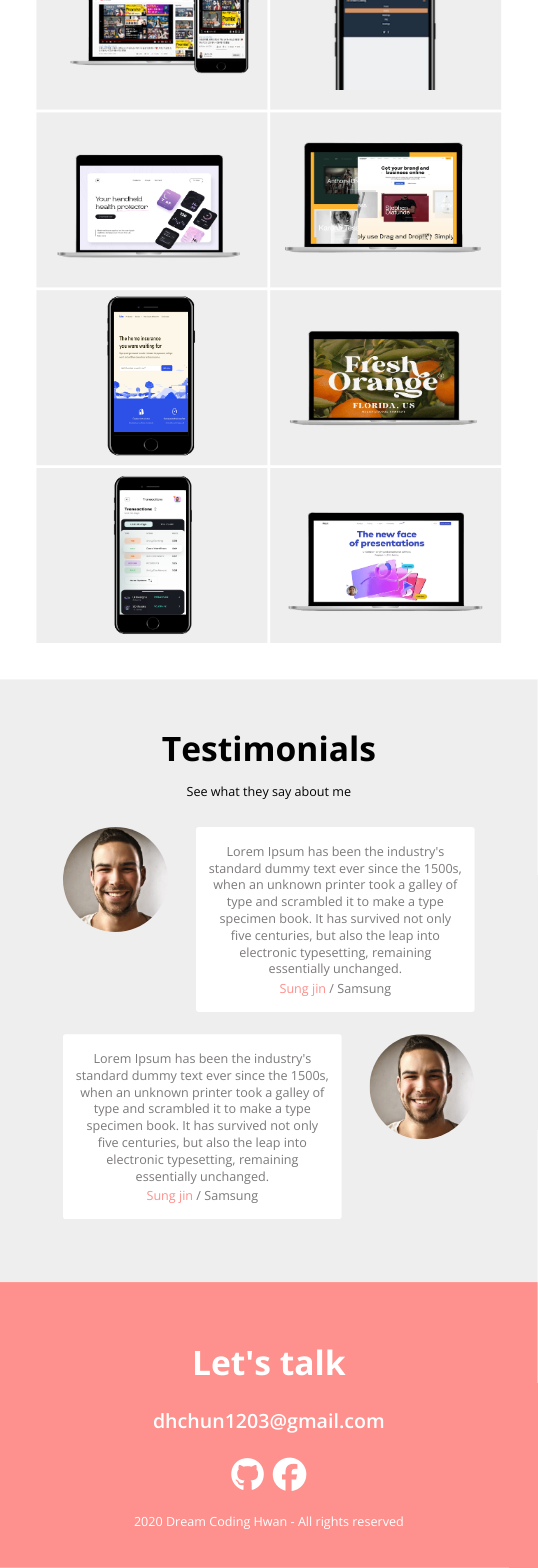
Repository: dhchun1203/Portfolio
Page: index.html
These files come from the project's save history. The page is drawn as it stood at one moment and after the next save; the edit follows.
The browser window is 768 px wide. The pictures show the part of the page from y = 3831 to 6071 px (the page is 6071 px tall before and 6023 px after), at 70% of full size.
Some web libraries are served in a nearby version.

Above is the page before, as saved 2020-12-08 23:20:16.

### index.html
<!DOCTYPE html>
<html lang="en">
	<head>
		<meta charset="UTF-8" />
		<meta name="viewport" content="width=device-width, initial-scale=1.0" />
		<title>Hwan's Portfolio</title>
		<meta
			name="description"
			content="portfolio for world-renowned software engineer Hwan"
		/>
		<meta name="author" content="Hwan" />
		<link rel="icon" type="image/png" href="imgs/favicon.png" />
		<script
			src="https://kit.fontawesome.com/8b98a99811.js"
			crossorigin="anonymous"
		></script>
		<link rel="preconnect" href="https://fonts.gstatic.com" />
		<link
			href="https://fonts.googleapis.com/css2?family=Open+Sans:wght@400;600;700&display=swap"
			rel="stylesheet"
		/>
		<link rel="stylesheet" href="style.css" />
		<script src="main.js" defer></script>
	</head>
	<body>
		<!-- Navbar -->
		<nav id="navbar">
			<div class="navbar__logo">
				<i class="fab fa-diaspora"></i>
				<a href="#">Hwan</a>
			</div>
			<div class="navbar__menu">
				<ul class="navbar__menu">
					<li class="navbar__menu__item active">Home</li>
					<li class="navbar__menu__item">About</li>
					<li class="navbar__menu__item">Skills</li>
					<li class="navbar__menu__item">My work</li>
					<li class="navbar__menu__item">Testimonials</li>
					<li class="navbar__menu__item">Contact</li>
				</ul>
			</div>
			<!-- Toggle button -->
			<button class="navbar__toggle-btn">
				<i class="fas fa-bars"></i>
			</button>
		</nav>
		<!-- Home -->
		<section id="home">
			<img class="home__avatar" src="imgs/profile.jpg" alt="profile" />

			<h1 class="home__title">Hello, <br />Let me introduce myself!</h1>

			<h2 class="home__description">
				A frontend Developer currently residing in Yongin, South Korea.
			</h2>
			<button class="home__contact">CONTACT ME</button>
		</section>
		<!-- About -->
		<section id="about" class="section section__container">
			<h1>About me</h1>
			<p>
				자기소개 Lorem Ipsum is simply dummy text of the printing and
				typesetting industry. Lorem Ipsum has been the industry's standard dummy
				text ever since the 1500s, when an unknown printer took a galley of type
				and scrambled it to make a type specimen book. It has survived not only
				five centuries, but also the leap into electronic typesetting, remaining
				essentially unchanged. It was popularised in the 1960s with the release
				of Letraset sheets containing Lorem Ipsum passages, and more recently
				with desktop publishing software like Aldus PageMaker including versions
				of Lorem Ipsum.
			</p>
			<div class="about__majors">
				<div class="major">
					<div class="major__icon"><i class="fab fa-html5"></i></div>
					<h2 class="major__title">HTML</h2>
					<div class="major__description">html</div>
				</div>
				<div class="major">
					<div class="major__icon"><i class="fab fa-css3-alt"></i></div>
					<h2 class="major__title">CSS</h2>
					<div class="major__description">css</div>
				</div>
				<div class="major">
					<div class="major__icon"><i class="fab fa-js"></i></div>
					<h2 class="major__title">JavaScript</h2>
					<div class="major__description">javascript</div>
				</div>
			</div>
			<!-- <div class="about__spec">
				<div class="about__spec__item">
					<img src="" alt="HtmlImage" />
					<h3>HTML</h3>
					<p>html</p>
				</div>
				<div class="about__spec__item">
					<img src="" alt="CssImage" />
					<h3>CSS</h3>
					<p>css</p>
				</div>
				<div class="about__spec__item">
					<img src="" alt="JavaScriptImage" />
					<h3>JavaScript</h3>
					<p>javascript</p>
				</div>
			</div> -->
			<div class="about__jobs">
				<div class="job">
					<img
						src="imgs/jobs/nciaedu_logo.png"
						alt="ncia logo"
						class="job__logo"
					/>
					<div class="job__description">
						<p class="job__name">blablalblablablalblablablalblablablalbla</p>
						<p class="job__period">2017-2018</p>
					</div>
				</div>
				<div class="job">
					<img
						src="imgs/jobs/nciaedu_logo.png"
						alt="ncia logo"
						class="job__logo"
					/>
					<div class="job__description">
						<p class="job__name">blablalblablablalblablablalblablablalbla</p>
						<p class="job__period">2017-2018</p>
					</div>
				</div>
			</div>
			<!-- <div class="career">
				<div class="career__item">
					<img class="career__image" src="" alt="career image" />
					<p>what's my career</p>
				</div>
				<div class="career__item">
					<img class="career__image" src="" alt="career image" />
					<p>what's my career</p>
				</div>
			</div> -->
		</section>
		<!-- Skills -->
		<section id="skills" class="section">
			<div class="section__container">
				<h1>Skills</h1>
				<h2>Skills & Attributes</h2>
				<p>
					Experience with all phases of the software life-cycle. Passion for
					learning new technologies. Capable of working within a team enviroment
					and independently. Ability to plan and time schedule, work under
					strict time pressure and adapt quickly when needed.
				</p>
				<div class="skillset">
					<div class="skillset__left">
						<h3 class="skillset__title">Skills</h3>
						<div class="skill">
							<div class="skill__description">
								<span>HTML</span>
								<span>99%</span>
							</div>
							<div class="skill__bar">
								<div class="skill__value" style="width: 99%"></div>
							</div>
						</div>
						<div class="skill">
							<div class="skill__description">
								<span>CSS</span>
								<span>80%</span>
							</div>
							<div class="skill__bar">
								<div class="skill__value" style="width: 80%"></div>
							</div>
						</div>
						<div class="skill">
							<div class="skill__description">
								<span>JavaScript</span>
								<span>90%</span>
							</div>
							<div class="skill__bar">
								<div class="skill__value" style="width: 90%"></div>
							</div>
						</div>
						<div class="skill">
							<div class="skill__description">
								<span>TypeScript</span>
								<span>80%</span>
							</div>
							<div class="skill__bar">
								<div class="skill__value" style="width: 80%"></div>
							</div>
						</div>
						<div class="skill">
							<div class="skill__description">
								<span>React</span>
								<span>80%</span>
							</div>
							<div class="skill__bar">
								<div class="skill__value" style="width: 80%"></div>
							</div>
						</div>
					</div>
					<div class="skillset__right">
						<div class="tools">
							<h3 class="skillset__title">Tools</h3>
							<ul class="tools__list">
								<li><span>Visual Studio Code</span></li>
								<li><span>Eclipse</span></li>
								<li><span>Team Foundation Server</span></li>
								<li><span>etc..</span></li>
								<li><span>etc..</span></li>
							</ul>
						</div>
						<div class="etc">
							<h3 class="skillset__title">Etc</h3>
							<ul class="etc__list">
								<li><span>Git</span></li>
								<li><span>Slack</span></li>
								<li><span>etc..</span></li>
							</ul>
						</div>
					</div>
				</div>
			</div>
		</section>
		<!-- Work -->
		<section id="work" class="section">
			<div class="section__container">
				<h1>My work</h1>
				<h3>Projects</h3>
				<div class="work__categories">
					<button class="category__btn selected" data-filter="*">
						All <span class="category__count">8</span>
					</button>
					<button class="category__btn" data-filter="front-end">
						Front-end <span class="category__count">3</span>
					</button>
					<button class="category__btn" data-filter="back-end">
						Back-end <span class="category__count">3</span>
					</button>
					<button class="category__btn" data-filter="mobile">
						Mobile <span class="category__count">2</span>
					</button>
				</div>
				<div class="work__projects">
					<a
						href="https://github.com/dhchun1203/DreamCoding_youtube-project"
						class="project"
						data-type="front-end"
						target="blank"
					>
						<img
							src="imgs/projects/project1.png"
							alt="youtube project thumbnail"
							class="project__img"
						/>
						<div class="project__description">
							<!--마우스를 올렸을 때 표시될 내용-->
							<h3>Youtube Site</h3>
							<span>Clone coding with HTML and CSS</span>
						</div>
					</a>
					<a
						href="https://github.com/dhchun1203/DreamCoding_youtube-project"
						class="project"
						data-type="front-end"
						target="blank"
					>
						<img
							src="imgs/projects/project2.png"
							alt="youtube project thumbnail"
							class="project__img"
						/>
						<div class="project__description">
							<h3>Project2</h3>
							<span>Fill in your own project</span>
						</div>
					</a>
					<a
						href="https://github.com/dhchun1203/DreamCoding_youtube-project"
						class="project"
						data-type="front-end"
						target="blank"
					>
						<img
							src="imgs/projects/project3.png"
							alt="youtube project thumbnail"
							class="project__img"
						/>
						<div class="project__description">
							<h3>Project3</h3>
							<span>Fill in your own project</span>
						</div>
					</a>
					<a
						href="https://github.com/dhchun1203/DreamCoding_youtube-project"
						class="project"
						data-type="back-end"
						target="blank"
					>
						<img
							src="imgs/projects/project4.png"
							alt="youtube project thumbnail"
							class="project__img"
						/>
						<div class="project__description">
							<h3>Project4</h3>
							<span>Fill in your own project</span>
						</div>
					</a>
					<a
						href="https://github.com/dhchun1203/DreamCoding_youtube-project"
						class="project"
						data-type="back-end"
						target="blank"
					>
						<img
							src="imgs/projects/project5.png"
							alt="youtube project thumbnail"
							class="project__img"
						/>
						<div class="project__description">
							<h3>Project5</h3>
							<span>Fill in your own project</span>
						</div>
					</a>
					<a
						href="https://github.com/dhchun1203/DreamCoding_youtube-project"
						class="project"
						data-type="mobile"
						target="blank"
					>
						<img
							src="imgs/projects/project6.png"
							alt="youtube project thumbnail"
							class="project__img"
						/>
						<div class="project__description">
							<h3>Project6</h3>
							<span>Fill in your own project</span>
						</div>
					</a>
					<a
						href="https://github.com/dhchun1203/DreamCoding_youtube-project"
						class="project"
						data-type="mobile"
						target="blank"
					>
						<img
							src="imgs/projects/project7.png"
							alt="youtube project thumbnail"
							class="project__img"
						/>
						<div class="project__description">
							<h3>Project7</h3>
							<span>Fill in your own project</span>
						</div>
					</a>
					<a
						href="https://github.com/dhchun1203/DreamCoding_youtube-project"
						class="project"
						data-type="mobile"
						target="blank"
					>
						<img
							src="imgs/projects/project8.png"
							alt="youtube project thumbnail"
							class="project__img"
						/>
						<div class="project__description">
							<h3>Project8</h3>
							<span>Fill in your own project</span>
						</div>
					</a>
				</div>
			</div>
		</section>
		<!-- Testimonial -->
		<section id="testimonials" class="section">
			<div class="section__container">
				<h1>Testimonials</h1>
				<h3>See what they say about me</h3>
				<div class="testimonials">
					<div class="testimonial">
						<img
							src="imgs/testimonial/people1.jpg"
							alt="People"
							class="testimonial__avatar"
						/>
						<div class="testimonial__speech-bubble">
							<p>
								Lorem Ipsum has been the industry's standard dummy text ever
								since the 1500s, when an unknown printer took a galley of type
								and scrambled it to make a type specimen book. It has survived
								not only five centuries, but also the leap into electronic
								typesetting, remaining essentially unchanged.
							</p>
							<p class="name"><a href="#">Sung jin</a> / Samsung</p>
						</div>
					</div>
					<div class="testimonial">
						<div class="testimonial__speech-bubble">
							<p>
								Lorem Ipsum has been the industry's standard dummy text ever
								since the 1500s, when an unknown printer took a galley of type
								and scrambled it to make a type specimen book. It has survived
								not only five centuries, but also the leap into electronic
								typesetting, remaining essentially unchanged.
							</p>
							<p class="name"><a href="#">Sung jin</a> / Samsung</p>
						</div>
						<img
							src="imgs/testimonial/people1.jpg"
							alt="People"
							class="testimonial__avatar"
						/>
					</div>
				</div>
			</div>
		</section>
		<!-- Contact -->
		<section id="contact" class="section">
			<h1 class="contact__title">Let's talk</h1>
			<h2 class="contact__email">dhchun1203@gmail.com</h2>
			<div class="contact__links">
				<a href="https://github.com/dhchun1203" target="blank">
					<i class="fab fa-github"></i>
				</a>
				<a
					href="https://www.facebook.com/profile.php?id=100010406657545"
					target="blank"
				>
					<i class="fab fa-facebook"></i>
				</a>
			</div>
			<p class="contact__rights">
				2020 Dream Coding Hwan - All rights reserved
			</p>
		</section>
	</body>
</html>

### style.css
/* Global */
:root {
	/* Color */
	--color-white: #ffffff;
	--color-light-white: #eeeeee;
	--color-dark-white: #bdbdbd;
	--color-pink: #fe918d;
	--color-dark-pink: #ff6863;
	--color-dark-grey: #4d4d4d;
	--color-grey: #616161;
	--color-light-grey: #7c7979;
	--color-blue: #73aace;
	--color-yellow: #fff7d1;
	--color-orange: #feb546;
	--color-black: #000000;

	/* Font size */
	--font-large: 48px;
	--font-medium: 28px;
	--font-regular: 18px;
	--font-small: 16px;
	--font-micro: 14px;

	/* Font weight */
	--weight-bold: 700;
	--weight-semi-bold: 600;
	--weight-regular: 400;

	/* Size */
	--size-border-radius: 4px;

	/* Animation */
	--animation-duration: 300ms;
}

/* Universal tags */
* {
	box-sizing: border-box;
}
body {
	margin: 0;
	font-family: "Open Sans", sans-serif;
	cursor: default;
}
a {
	text-decoration: none;
	color: var(--color-white);
}
ul {
	padding-left: 0;
}
li {
	list-style: none;
}
button {
	background-color: transparent;
	cursor: pointer;
	border: none;
	outline: none;
}

/* Typography(header) */
h1 {
	font-size: var(--font-large);
	font-weight: var(--weight-bold);
	color: var(--color-black);
	margin: 16px 0;
}
h2 {
	font-size: var(--font-medium);
	font-weight: var(--weight-semi-bold);
	color: var(--color-black);
	margin: 8px 0;
}
h3 {
	font-size: var(--font-regular);
	font-weight: var(--font-regular);
	color: var(--color-black);
	margin: 8px 0;
}
p {
	font-size: var(--font-regular);
	font-weight: var(--font-regular);
	color: var(--color-black);
	margin: 4px 0;
}

/* Navbar */
#navbar {
	display: flex;
	justify-content: space-between;
	align-items: center;
	background-color: var(--color-pink);
	color: var(--color-white);
	padding: 16px;
}
.navbar__menu {
	display: flex;
}
.navbar__logo {
	font-size: var(--font-medium);
	font-weight: var(--weight-semi-bold);
}
.navbar__menu__item {
	padding: 8px 12px;
	margin: 0 4px;
	cursor: pointer;
	border-radius: var(--size-border-radius);
}
.navbar__menu__item.active {
	border: 1px solid var(--color-white);
	border-radius: var(--size-border-radius);
}
.navbar__menu__item:hover {
	background-color: var(--color-dark-pink);
}
.navbar__toggle-btn {
	position: absolute;
	right: 32px;
	top: 24px;
	font-size: 24px;
	color: var(--color-white);
	display: none;
}
/* Home */
#home {
	background: url("imgs/home-background.png.png") center/cover no-repeat;
	padding: 40px;
	text-align: center;
}
.home__avatar {
	width: 200px;
	height: 250px;
	border-radius: 50%;
	border: 2px solid var(--color-light-white);
}
.home__title,
.home__description {
	color: var(--color-white);
}
.home__contact {
	color: var(--color-white);
	font-size: var(--font-regular);
	font-weight: var(--weight-bold);
	margin: 24px;
	padding: 8px 12px;
	border: 2px solid var(--color-white);
	border-radius: var(--size-border-radius);
}

/* Section common */
.section {
	text-align: center;
	padding: 50px;
	margin: auto;
}
.section__container {
	max-width: 1200px;
	margin: auto;
}

/* About */
.about__majors {
	display: flex;
	justify-content: space-between;
	margin: 80px 0;
}
.major__icon {
	width: 170px;
	height: 170px;
	font-size: 70px;
	line-height: 170px;
	margin: auto;
	border: 1px solid var(--color-blue);
	border-radius: 50%;
	margin-bottom: 16px;
	color: var(--color-blue);
}
.major__icon i {
	transition: all var(--animation-duration) ease;
}
.major__icon:hover i {
	color: var(--color-pink);
	transform: rotate(-30deg) scale(1.1);
}
.major__title,
.major__description {
	color: var(--color-dark-grey);
}
.major__description {
	font-size: var(--font-small);
}
.job {
	display: flex;
	align-items: center;
}
.job__description {
	margin: 0 16px;
	text-align: left;
}
.job__name,
.job__period {
	color: var(--color-light-grey);
}
.job__name {
	font-size: var(--font-small);
}
.job__period {
	font-size: var(--font-micro);
}

/* Skill */
#skills {
	background-color: var(--color-yellow);
}
.skillset {
	color: var(--color-light-white);
	display: flex;
	background-color: var(--color-light-grey);
	margin: 20px 0;
}
.skillset__title {
	color: var(--color-white);
}
.skillset__left {
	flex-basis: 60%;
	background-color: var(--color-dark-grey);
	padding: 20px 40px;
}
.skill {
	margin-bottom: 32px;
}
.skill__description {
	display: flex;
	justify-content: space-between;
}
.skill__bar {
	width: 100%;
	height: 3px;
	background-color: var(--color-grey);
}
.skill__value {
	height: 3px;
	background-color: var(--color-orange);
}
.skillset__right {
	flex-basis: 40%;
}
.tools {
	background-color: var(--color-grey);
}
.tools,
.etc {
	padding: 20px;
}
.etc {
	background-color: var(--color-light-grey);
}

/* Work */
.work__categories {
	margin: 40px;
}
.category__btn {
	border: 1px solid var(--color-dark-white);
	border-radius: var(--size-border-radius);
	font-size: var(--font-regular);
	padding: 8px 48px;
}
.category__btn.active,
.category__btn:hover {
	background-color: var(--color-pink);
	color: var(--color-white);
}
.category__btn.active .category__count,
.category__btn:hover .category__count {
	opacity: 1;
	top: 0;
}
.category__count {
	background-color: var(--color-orange);
	border-radius: 50%;
	color: var(--color-white);
	width: 24px;
	height: 24px;
	line-height: 24px;
	display: inline-block;
	position: relative;
	top: -20px;
	left: 4px;
	opacity: 0;
	transition: all var(--animation-duration) ease-in;
}
.work__projects {
	display: flex;
	flex-wrap: wrap;
	justify-content: center;
}
.project {
	position: relative;
	display: flex;
	justify-content: center;
	align-items: center;
	width: 280px;
	height: 250px;
	margin: 2px;
	background-color: var(--color-light-white);
}
.project__img {
	max-width: 100%;
	max-height: 100%;
	align-self: center;
}
.project__description {
	position: absolute;
	background-color: black;
	display: flex;
	flex-direction: column;
	justify-content: center;
	width: 100%;
	height: 100%;
	top: 0;
	left: 0;
	opacity: 0;
	transform: translateY(10px);
	transition: all var(--animation-duration) ease-in;
}
.project:hover .project__description {
	opacity: 0.8;
	transform: translateY(0px);
}
.project__description h3 {
	color: var(--color-white);
}
.project__description h3:after {
	content: "";
	display: block;
	position: relative;
	left: 50%;
	width: 25px;
	height: 2px;
	margin-left: -12px;
	margin-top: 8px;
	background-color: var(--color-dark-white);
}

/* Testimonial */
#testimonials {
	background-color: var(--color-light-white);
}
.testimonials {
	margin: 40px;
}
.testimonial {
	display: flex;
	margin: 32px 0;
}
.testimonial__avatar {
	width: 150px;
	height: 150px;
	border-radius: 50%;
}
.testimonial__avatar:nth-child(odd) {
	margin-right: 40px;
}
.testimonial__avatar:nth-child(even) {
	margin-left: 40px;
}
.testimonial__speech-bubble {
	padding: 18px;
	background-color: var(--color-white);
	border-radius: var(--size-border-radius);
}
.testimonial__speech-bubble p {
	color: var(--color-light-grey);
}
.testimonial__speech-bubble a {
	color: var(--color-pink);
}

/* Contact */
#contact {
	background-color: var(--color-pink);
}
.contact__title,
.contact__email,
.contact__rights {
	color: var(--color-white);
}
.contact__title {
	margin: 32px 0;
}
.contact__links {
	font-size: var(--font-large);
	margin: 24px 0;
}
.contact__links i {
	transition: all calc(var(--animation-duration) / 2) ease-in;
}
.contact__links i:hover {
	transform: scale(1.2);
	color: var(--color-yellow);
}

@media screen and (max-width: 768px) {
	.navbar__toggle-btn {
		display: block;
	}
	#navbar {
		flex-direction: column;
		align-items: flex-start;
	}
	.navbar__menu {
		flex-direction: column;
		text-align: center;
		width: 100%;
		display: none;
	}
	.about__majors {
		flex-direction: column;
	}
	.major {
		margin-bottom: 38px;
	}
	.skillset {
		flex-direction: column;
	}
	.project {
		flex-grow: 1;
	}
}

Loaded but not shown: main.js (no copy from this time; the picture is the same without it)

After the next save:
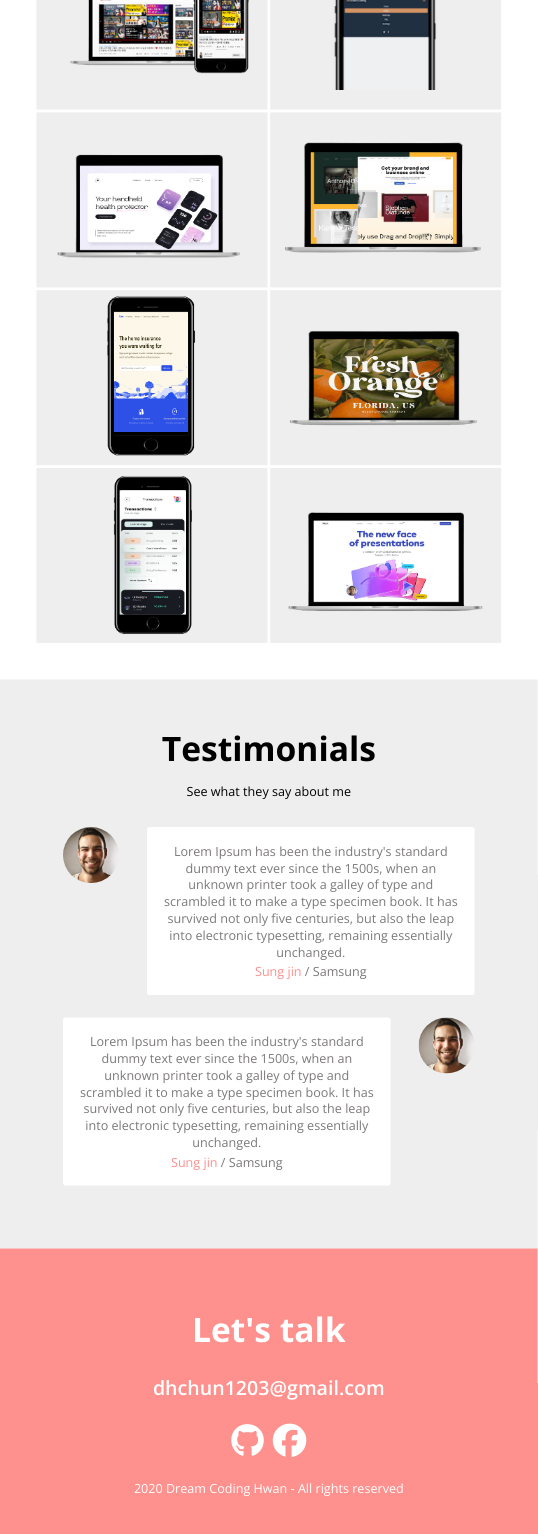
Saved 5 min 11 s later.
--- a/style.css
+++ b/style.css
@@ -428,4 +428,8 @@
 	.project {
 		flex-grow: 1;
 	}
-}
+	.testimonial__avatar {
+		width: 80px;
+		height: 80px;
+	}
+}
